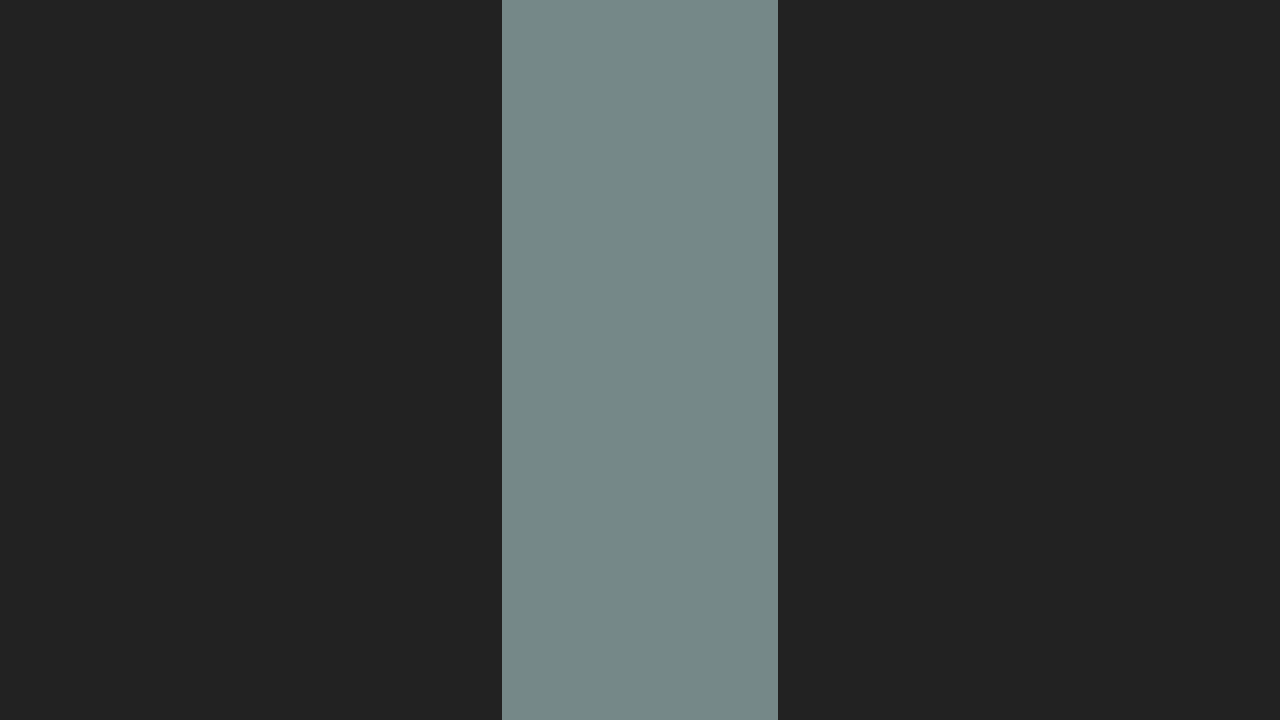
Repository: mindfoo/project-game
Page: index.html
An editor plug-in stored every save of this project. The page is shown before and after the next save, followed by the edit.
The browser window is 1280 px wide. The pictures show the whole page.

Above is the page before, as saved 2020-03-25 21:40:26.

After the next save:
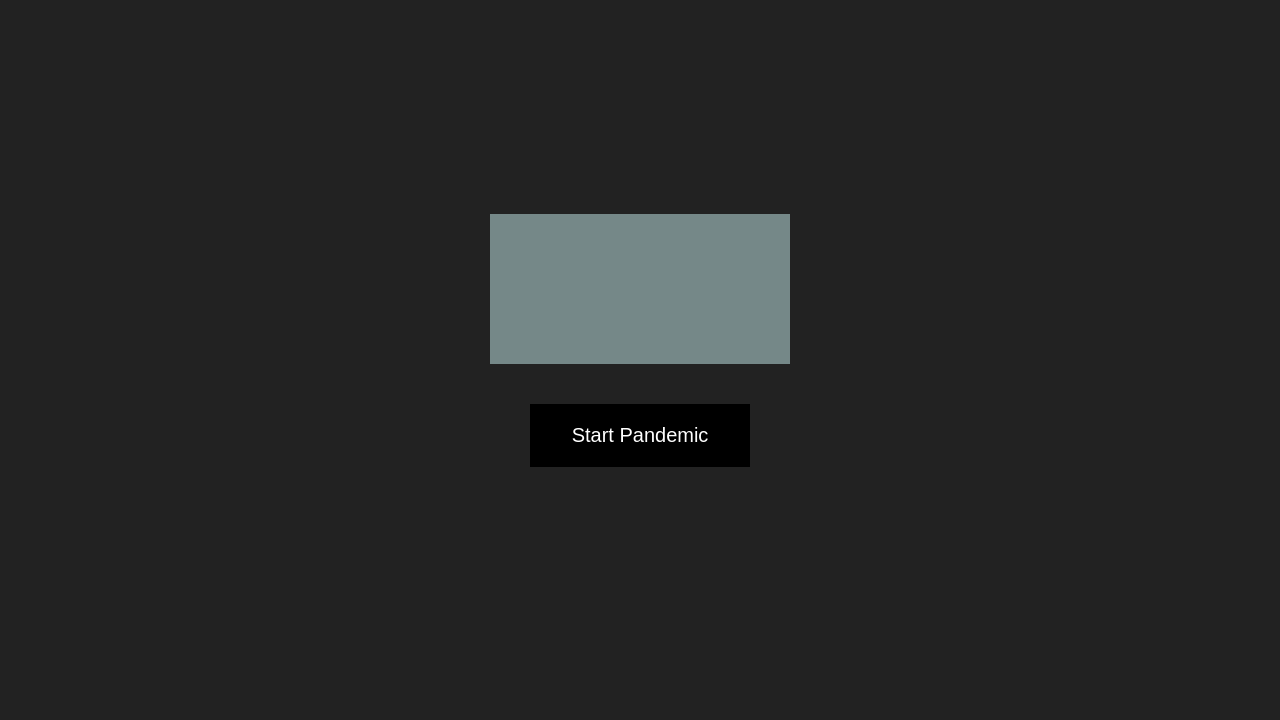
Saved 5 s later.
--- a/index.html
+++ b/index.html
@@ -11,7 +11,7 @@
   <body>
 
     <div id="game-board">
-      <canvas id="canvas" width="100%" height="2000px" ></canvas>
+      <canvas id="canvas" ></canvas>
 
       <button class="start" id="start-button">Start Pandemic</button>
     </div>
